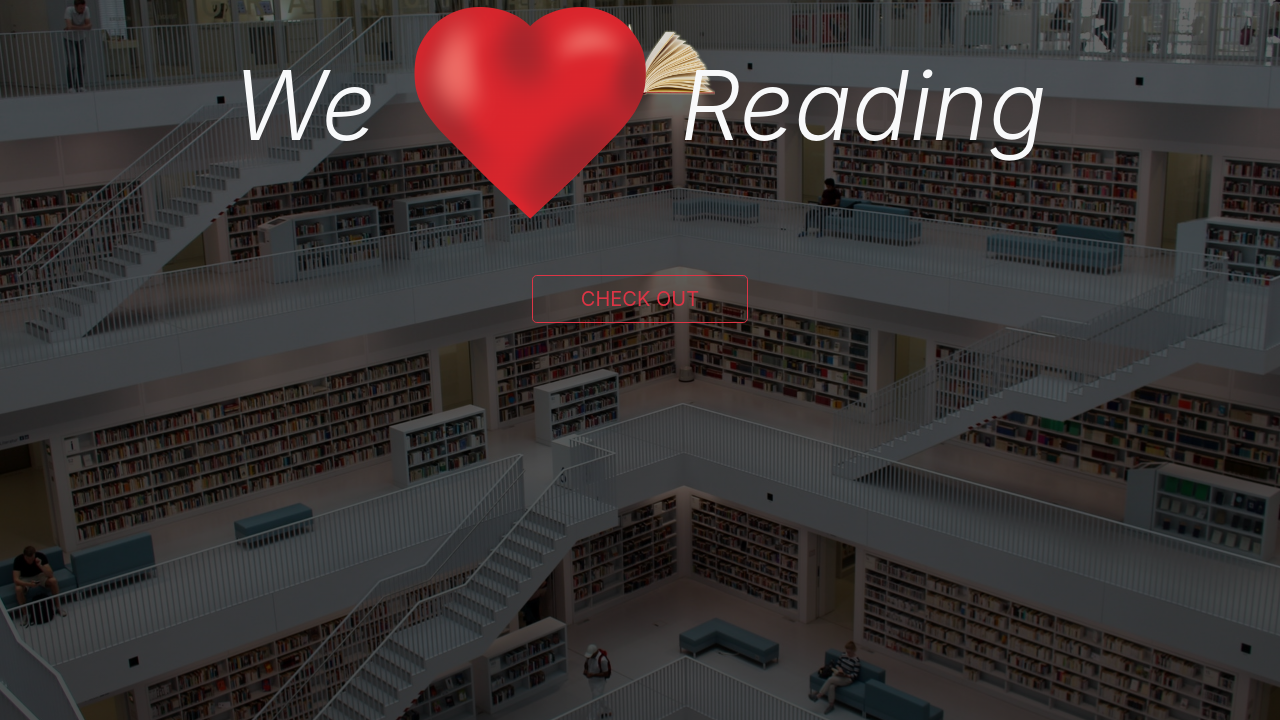
Repository: imedakrouti/BookStore
Page: index.html
The author's editor kept a copy of each file at every save. The page is drawn from the files as they stood at one save, then again after the next save.
The browser window is 1280 px wide. The pictures show the whole page.
Some web libraries are served in a nearby version.

Above is the page before, as saved 2020-05-05 17:07:25.

### index.html
<!DOCTYPE html>
<html lang="en">
<head>
    <meta charset="UTF-8">
    <!-- meta view-port responsive design -->
    <meta name="viewport" content="width=device-width, initial-scale=1.0">
    <!-- Favicon -->
    <link rel="shortcut icon" href="images/img/title-img.png" type="image/x-icon">
    <!-- Fontawsome -->
    <link rel="stylesheet" href="https://use.fontawesome.com/releases/v5.0.10/css/all.css" integrity="sha384-+d0P83n9kaQMCwj8F4RJB66tzIwOKmrdb46+porD/OvrJ+37WqIM7UoBtwHO6Nlg" crossorigin="anonymous">
    <!-- Css Bootstrap -->
    <link rel="stylesheet" href="pluguin/bootstrap/css/bootstrap.min.css">
    <!-- Css style -->
    <link rel="stylesheet" href="styles/styles.css">
    <title>Books Site</title>
</head>
<body>
    <!-- Header -->
    <header class="d-flex  align-items-center flex-column">
        <div class="position-absolute">
            <a href=""><img src="images/img/book.png"width="150px" class="img-fluid m-4" alt=""></a>
        </div>

        <!-- Hero -->
        <div class="container">
            <div class="row">
              <div class="col text-center">
                <h1 class="text-light display-1 font-italic mb-5 banner-heading">We <img src="images/img/heart.png" width="250" class="img-fluid"> Reading</h1>
                <a href="#" class="btn btn-lg btn-outline-danger text-uppercase px-5">Check Out</a>
              </div>
            </div>
          </div>


    <!-- End Hero -->
    </header>
    <!-- End Of Header -->
<!-- Jquery -->
<script src="pluguin/jquery-3.3.1.min.js"></script>
<!-- Popper js -->
<script src="pluguin/popper.js"></script>
<!-- Bootstrap js  -->
<script src="pluguin/bootstrap/js/bootstrap.min.js"></script>
<!-- Own js file -->
<script src="js/script.js"></script>
</body>
</html>

### styles/styles.css
@import url('https://fonts.googleapis.com/css?family=Great+Vibes&display=swap');

*{
    margin: 0;
    padding: 0;
    box-sizing:border-box;
}
body{
    /* font-family: 'Great Vibes', cursive; */
}
a:hover{
    text-decoration: none;
}
header{
    height: 100vh;
    background:linear-gradient(rgba(0,0,0,0.6),rgba(0,0,0,0.7)),url('../images/img/header-bg.jpeg')no-repeat fixed center /cover;
}

Loaded but not shown: pluguin/bootstrap/css/bootstrap.min.css (library); pluguin/jquery-3.3.1.min.js (library); pluguin/popper.js (library); pluguin/bootstrap/js/bootstrap.min.js (library); js/script.js (no copy from this time; the picture is the same without it)

After the next save:
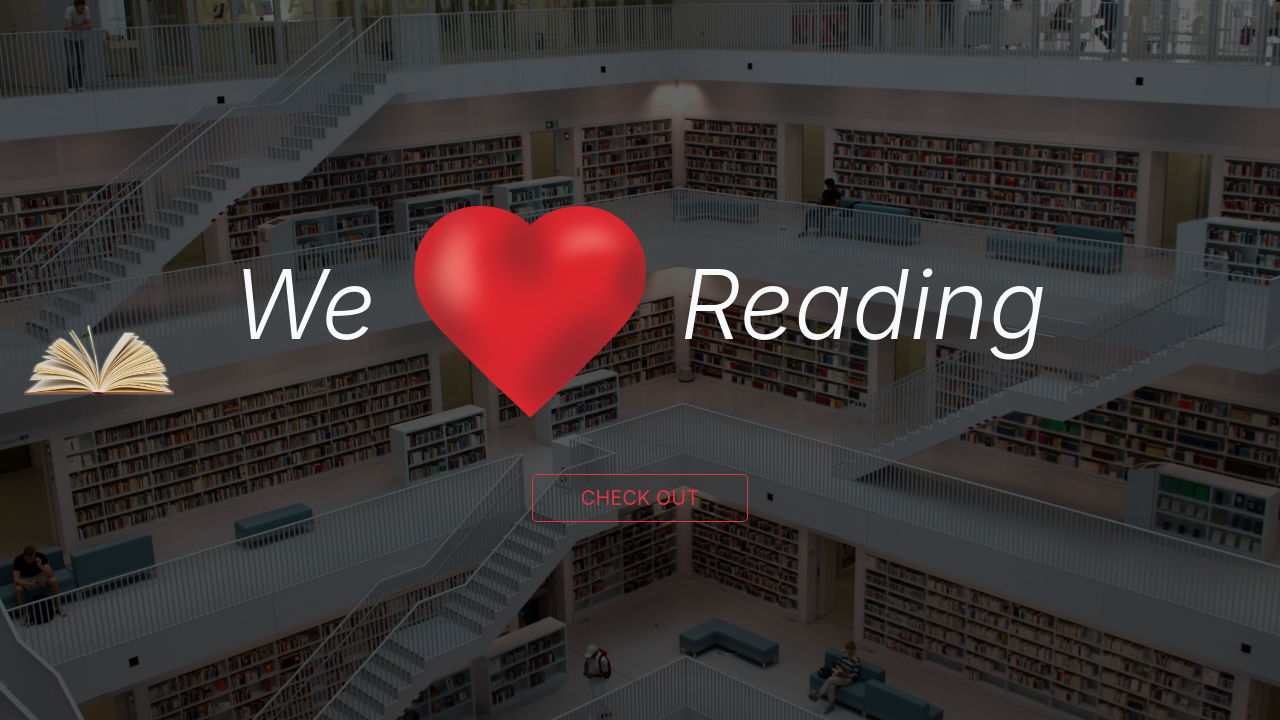
Saved 12 s later.
--- a/index.html
+++ b/index.html
@@ -16,7 +16,7 @@
 </head>
 <body>
     <!-- Header -->
-    <header class="d-flex  align-items-center flex-column">
+    <header class="d-flex  align-items-center ">
         <div class="position-absolute">
             <a href=""><img src="images/img/book.png"width="150px" class="img-fluid m-4" alt=""></a>
         </div>
